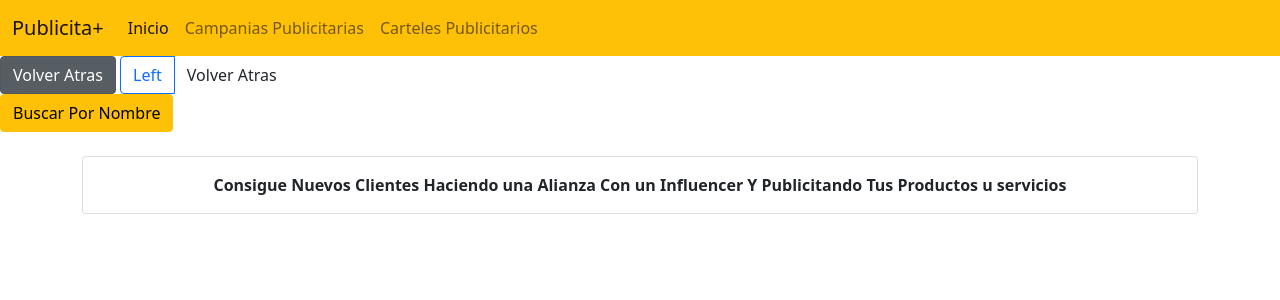
Repository: programador23/PublicitaMasWebVersionFinal
Page: http://localhost/listapublicidadgeneral
These files come from the project's save history. The page is drawn as it stood at one moment and after the next save; the edit follows.
The browser window is 1280 px wide. The pictures show the whole page.
The page is this project's Thymeleaf template; nobody is signed in. The template is opened directly, without the code that normally fills it, so the values that code supplies are empty.

Above is the page before, as saved 2021-07-06 01:09:38.

### PublicitaMasWeb-master/src/main/resources/templates/listapublicidadgeneral.html
<!DOCTYPE html>
<html xmlns:th="http://www.thymeLeaf.org">
<head>
<meta charset="ISO-8859-1">
<title>Lista de campanias</title>
<link
	href="https://cdn.jsdelivr.net/npm/bootstrap@5.0.0-beta2/dist/css/bootstrap.min.css"
	rel="stylesheet"
	integrity="sha384-BmbxuPwQa2lc/FVzBcNJ7UAyJxM6wuqIj61tLrc4wSX0szH/Ev+nYRRuWlolflfl"
	crossorigin="anonymous">

<script src="https://cdn.jsdelivr.net/npm/bootstrap@5.0.2/dist/js/bootstrap.bundle.min.js" integrity="sha384-MrcW6ZMFYlzcLA8Nl+NtUVF0sA7MsXsP1UyJoMp4YLEuNSfAP+JcXn/tWtIaxVXM" crossorigin="anonymous"></script>

</head>
<header>
	<nav class="navbar navbar-expand-lg navbar-light bg-warning">
		<div class="container-fluid">
			<a class="navbar-brand" href="#">Publicita+</a>
			<button class="navbar-toggler" type="button" data-bs-toggle="collapse" data-bs-target="#navbarNavAltMarkup"
				aria-controls="navbarNavAltMarkup" aria-expanded="false" aria-label="Toggle navigation">
				<span class="navbar-toggler-icon"></span>
			</button>
			<div class="collapse navbar-collapse" id="navbarNavAltMarkup">
				<div class="navbar-nav">
					<a class="nav-link active" aria-current="page" href="/index">Inicio</a>
					<a class="nav-link" href="/listarPublicidad">Campanias Publicitarias</a>
					<a class="nav-link" href="/listacarteles">Carteles Publicitarios</a>



				</div>
			</div>
		</div>
	</nav>
</header>

<body>
<div class="btn-group">
  <a href="javascript:history.back()" class="btn btn-secondary active" aria-current="page">Volver Atras</a>
</div>

<div class="btn-group" role="group" aria-label="Basic outlined example">
  <button type="button" class="btn btn-outline-primary">Left</button>
<a href="javascript:history.back()" class="btn btn-outline" aria-current="page">Volver Atras</a>
</div>




<br>
<a th:href="@{/listanombre}"Class="btn btn-warning">Buscar Por Nombre</a>


<div class="container mt-4">

<div class="card">
  <div class="card-body text-center" >
    <b>Consigue Nuevos Clientes Haciendo una Alianza Con un Influencer Y Publicitando Tus Productos u servicios </b>
  </div>
</div>
<br>

<div class="row">
 <td th:each="campaniapublicitaria:${campaniapublicitaria}">
<div class="card" style="width: 18rem;">
  <div class="card-body">
  <div class="thumbnail">
  <img  th:src="@{'/recursos/' + ${campaniapublicitaria.image}}" class="card-img-top" alt="" >
  </div>
    <h5 class="card-title" th:text="${campaniapublicitaria.nombre} ">Card title</h5>
    Duracion de la campania<p class="card-text" th:text="${campaniapublicitaria.duracion}"></p>
    Pago<p class="card-text" th:text="${campaniapublicitaria.valor}"></p>
    <a th:href="@{detalle/}+${campaniapublicitaria.id}" class="btn btn-warning">Ver Publicacion</a>
  </div>

</div>
<br>
</td>
</div>
</div>





</body>
</html>

After the next save:
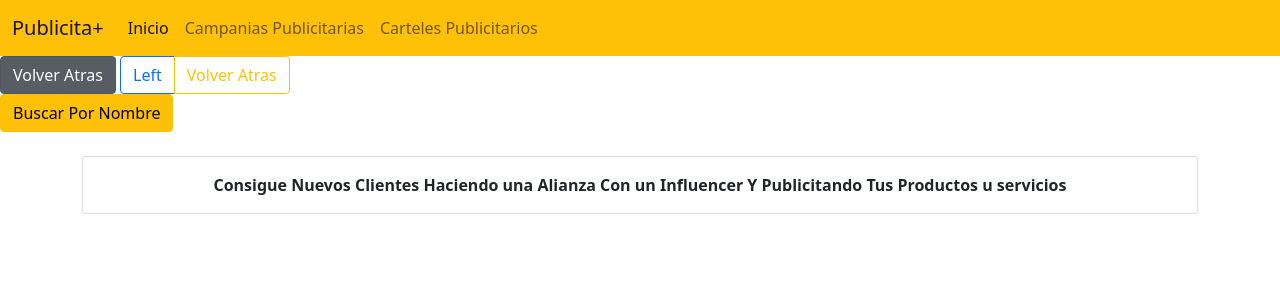
Saved 79 s later.
--- a/PublicitaMasWeb-master/src/main/resources/templates/listapublicidadgeneral.html
+++ b/PublicitaMasWeb-master/src/main/resources/templates/listapublicidadgeneral.html
@@ -41,7 +41,7 @@
 
 <div class="btn-group" role="group" aria-label="Basic outlined example">
   <button type="button" class="btn btn-outline-primary">Left</button>
-<a href="javascript:history.back()" class="btn btn-outline" aria-current="page">Volver Atras</a>
+<a href="javascript:history.back()" class="btn btn-outline-warning" aria-current="page">Volver Atras</a>
 </div>
 
 
